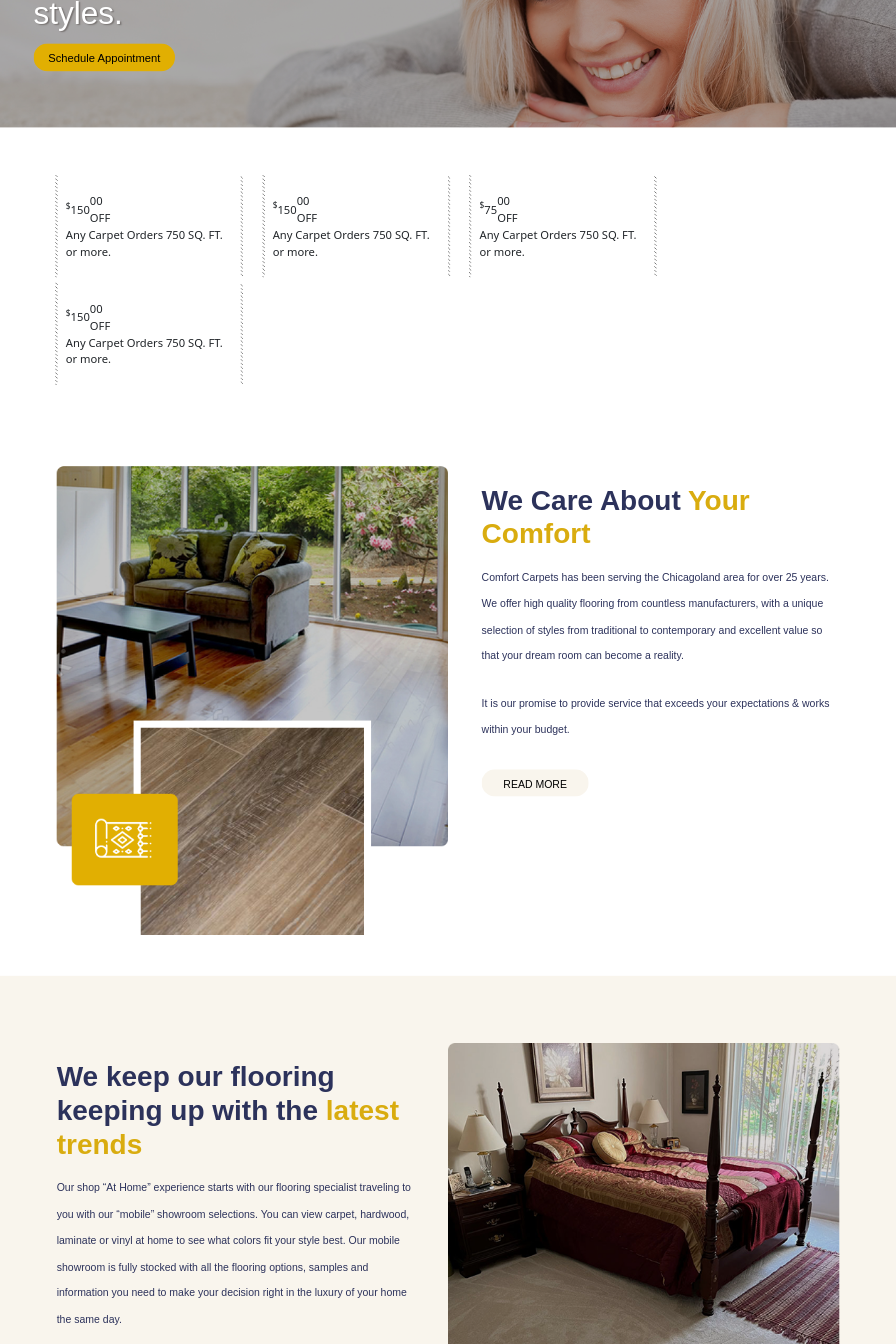
Repository: Ab-dur-Rehman/sscaseFolders
Page: index.html
These files come from the project's save history. The page is drawn as it stood at one moment and after the next save; the edit follows.
The browser window is 1280 px wide. The pictures show the part of the page from y = 370 to 2290 px (the page is 5881 px tall before and 5931 px after), at 70% of full size.
Some web fonts or font styles are not loaded; a fallback is used.

Above is the page before, as saved 2022-12-27 19:12:40.

After the next save:
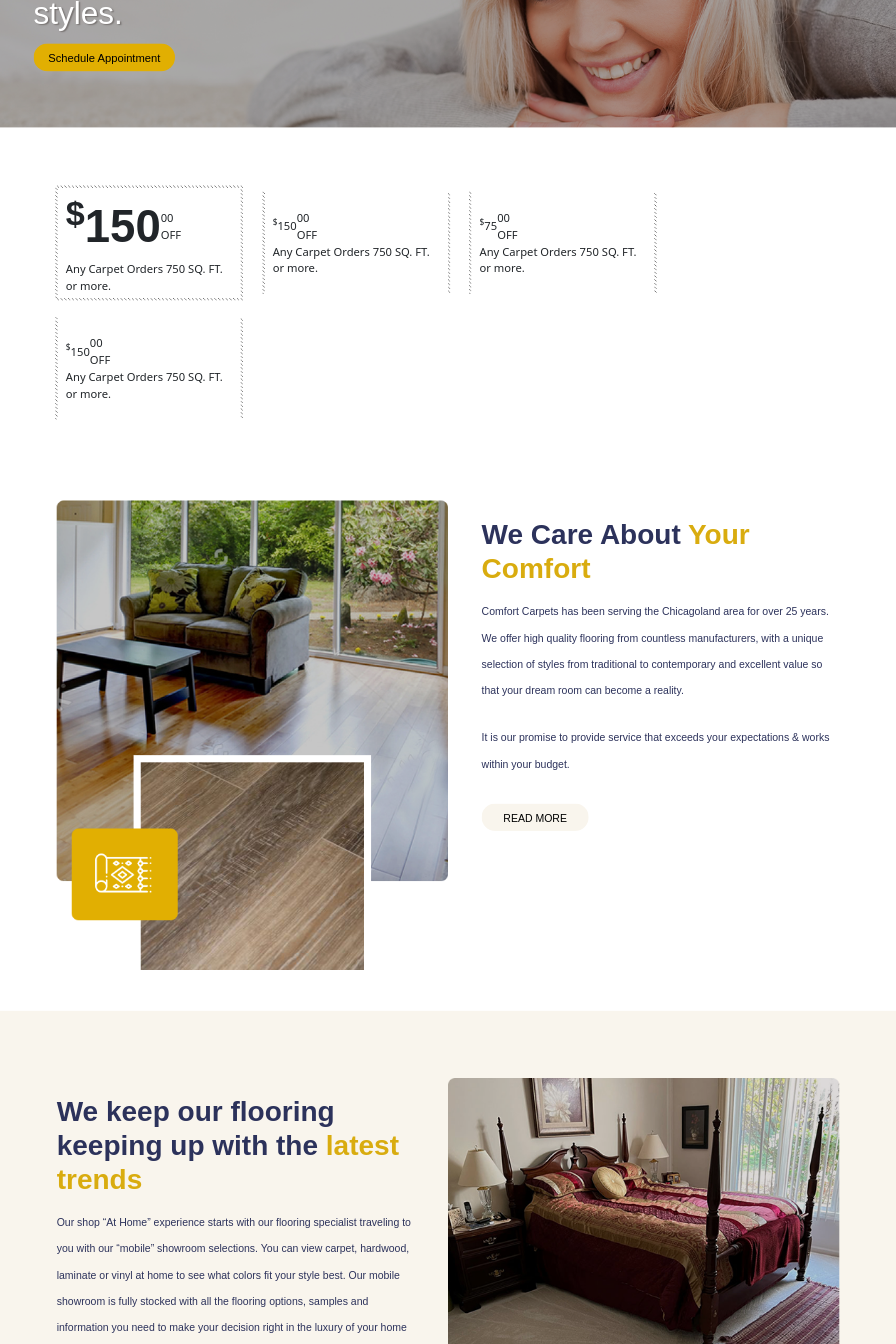
Saved 92 s later.
--- a/assets/css/style.css
+++ b/assets/css/style.css
@@ -90,6 +90,11 @@
     background: url(../images/31-2.png) no-repeat center center;
     background-size: 100%;
 }
+.p-info {
+    font-family: 'Chivo', sans-serif;
+    font-size: 65px;
+    font-weight: 800;
+}
 
 .p-text h1 {
     /* font-size: 45px; */
